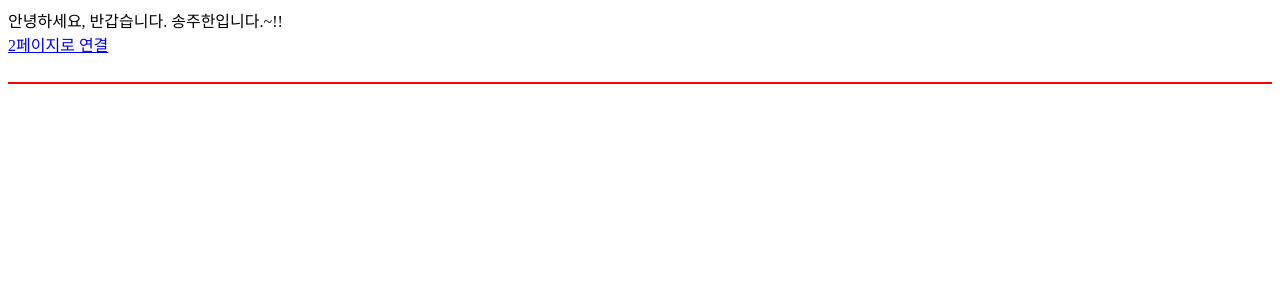
Repository: JuHanSong/JSP
Page: jsp01/WebContent/indeex.html
The author's editor kept a copy of each file at every save. The page is drawn from the files as they stood at one save, then again after the next save.
The browser window is 1280 px wide. The pictures show the whole page.

Above is the page before, as saved 2020-11-21 02:34:42.

### jsp01/WebContent/indeex.html
<!DOCTYPE html>
<html>
	<head>
		<meta charset="UTF-8">
		<title>Insert title here</title>
	</head>
	<body> <!-- 주선, 태크(tag) -->
	안녕하세요, 반갑습니다. 송주한입니다.~!!<br><!-- 엔터 -->
	<a href="page2.html">2페이지로 연결</a>

	<!-- 컨트롤 + 시프트 + /  -->
	<!-- 속성(attridute)는 0개이상 ~ 여러개 -->
	<br><br>

	<hr color="red"> <!-- horizontal : 가로 -->


	</body>
</html>

After the next save:
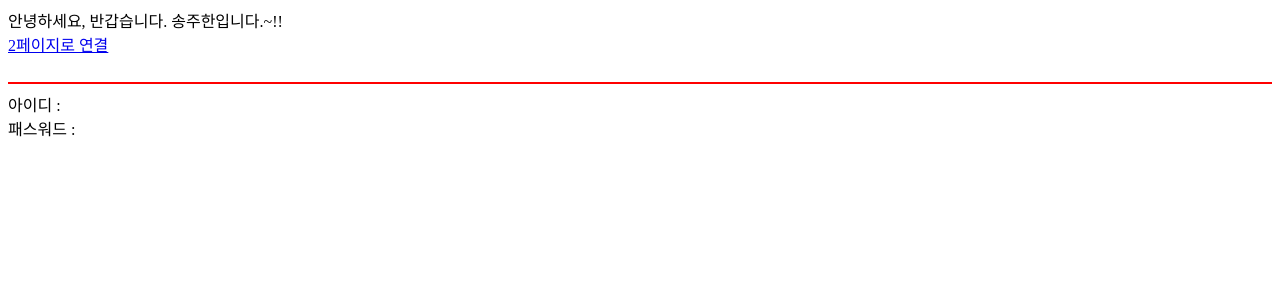
Saved 89 s later.
--- a/jsp01/WebContent/indeex.html
+++ b/jsp01/WebContent/indeex.html
@@ -14,6 +14,8 @@
 
 	<hr color="red"> <!-- horizontal : 가로 -->
 
+	아이디 : <br>
+	패스워드 : <br>
 
 	</body>
 </html>
